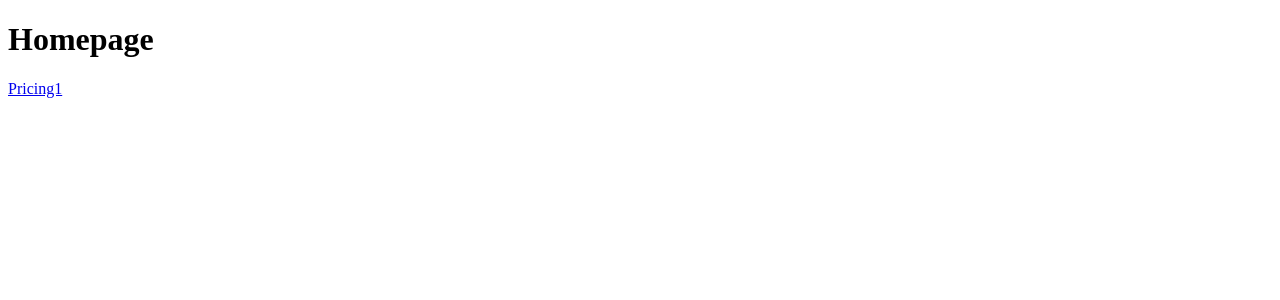
Repository: echoyol/worldwise
Page: /
These files come from the project's save history. The page is drawn as it stood at one moment and after the next save; the edit follows.
The browser window is 1280 px wide. The pictures show the whole page.
The project was rebuilt for these pictures with package versions that can differ from the ones it lists, and the page was loaded fresh each time. Also part of the build but not shown: vite.config.js, src/pages/Product.jsx, src/pages/PageNotFound.jsx.

Above is the page before, as saved 2023-07-14 09:08:23.

After the next save:
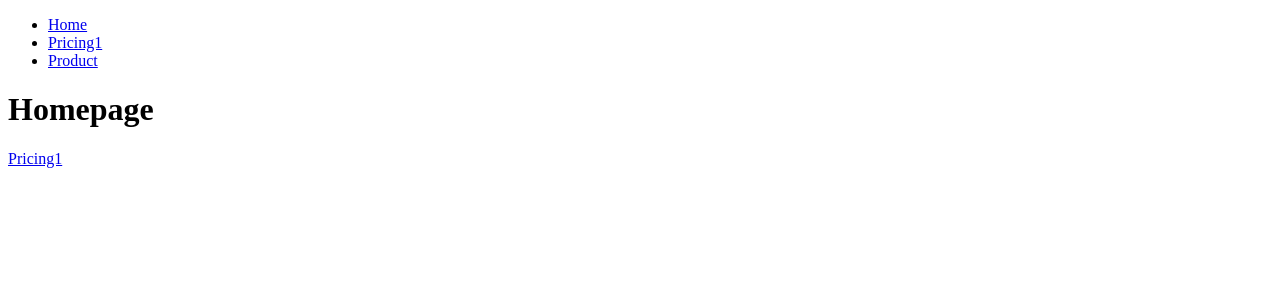
Saved 89 s later.
--- a/src/pages/Homepage.jsx
+++ b/src/pages/Homepage.jsx
@@ -1,9 +1,11 @@
 import React from 'react'
 import { Link } from 'react-router-dom'
+import PageNav from '../components/PageNav'
 
 function Homepage() {
   return (
     <div>
+      <PageNav />
       <h1>Homepage</h1>
       <Link to='/pricing'>Pricing1</Link>
     </div>
